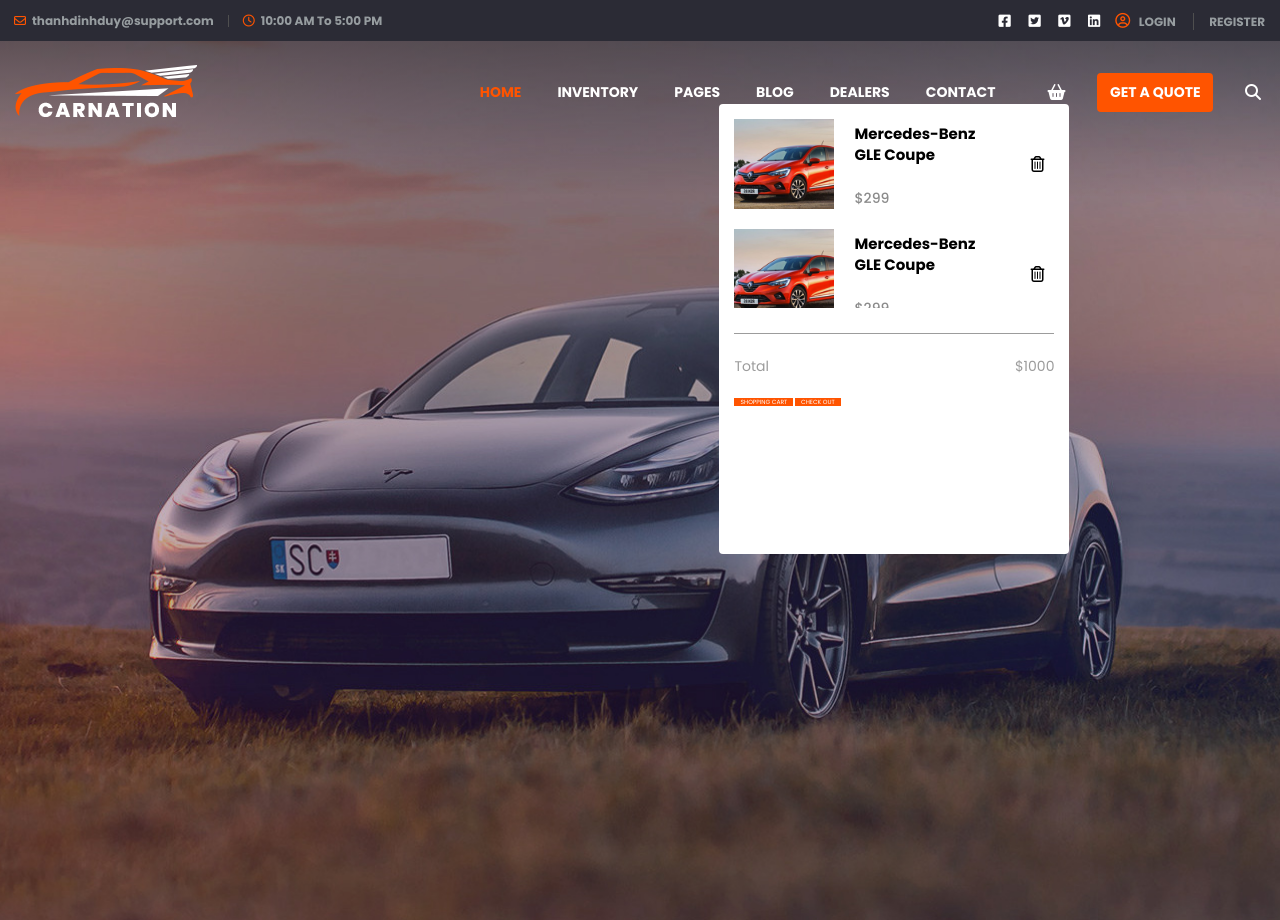
Repository: thanhdinh01/shopcar
Page: index.html
The author's editor kept a copy of each file at every save. The page is drawn from the files as they stood at one save, then again after the next save.
The browser window is 1280 px wide. The pictures show the whole page.
Some web libraries are served in a nearby version. The style sheet was rebuilt from its Sass, Less or Tailwind sources for each picture, by a compiler version that may differ from the author's.

Above is the page before, as saved 2022-08-10 21:08:35.

### index.html
<!DOCTYPE html>
<html lang="en">
  <head>
    <meta charset="UTF-8" />
    <meta http-equiv="X-UA-Compatible" content="IE=edge" />
    <meta name="viewport" content="width=device-width, initial-scale=1.0" />
    <title>Increase follower on social media</title>
    <link
      rel="stylesheet"
      href="https://cdnjs.cloudflare.com/ajax/libs/font-awesome/6.1.2/css/all.min.css"
      integrity="sha512-1sCRPdkRXhBV2PBLUdRb4tMg1w2YPf37qatUFeS7zlBy7jJI8Lf4VHwWfZZfpXtYSLy85pkm9GaYVYMfw5BC1A=="
      crossorigin="anonymous"
      referrerpolicy="no-referrer"
    />
    <link
      href="https://fonts.googleapis.com/css2?family=Poppins:wght@300;400;500;600;700&display=swap"
      rel="stylesheet"
    />
    <link rel="stylesheet" href="./css/reset.css" />
    <link rel="stylesheet" href="./css/style.css" />
  </head>

  <body>
    <div class="main">
      <!-- HEADER -->
      <header class="header">
        <div class="header-top">
          <div class="container">
            <div class="header-top-container dflex">
              <ul class="header-top-left">
                <li>
                  <i class="fa-regular fa-envelope"></i>
                  <p>thanhdinhduy@support.com</p>
                </li>
                <li>
                  <i class="fa-regular fa-clock"></i>
                  <p>10:00 AM To 5:00 PM</p>
                </li>
              </ul>
              <ul class="header-top-right">
                <li class="header-contact">
                  <a href="#"><i class="fa-brands fa-square-facebook"></i></a>
                  <a href="#"><i class="fa-brands fa-square-twitter"></i></a>
                  <a href="#"><i class="fa-brands fa-square-vimeo"></i></a>
                  <a href="#"><i class="fa-brands fa-linkedin"></i></a>
                </li>
                <li class="header-login">
                  <a href="#" class="login">
                    <i class="fa-regular fa-circle-user"></i> LOGIN
                  </a>
                  <a href="#" class="logup"> REGISTER </a>
                </li>
              </ul>
            </div>
          </div>
        </div>
        <div class="header-navigation">
          <div class="container p15 dflex">
            <div class="nav-logo">
              <a href="#" class="logo-link">
                <img src="./images/header/logo.png" alt="logo" />
              </a>
            </div>
            <div class="nav-total dflex">
              <ul class="nav-list dflex">
                <li class="nav-item active">
                  <a href="#">HOME</a>
                </li>
                <li class="nav-item">
                  <a href="#">INVENTORY </a>
                  <ul class="sub-list">
                    <li class="sub-item">
                      <a href="#">Inventory List</a>
                    </li>
                    <li class="sub-item">
                      <a href="#">Inventory Details</a>
                    </li>
                  </ul>
                </li>
                <li class="nav-item">
                  <a href="#">PAGES</a>
                  <ul class="sub-list">
                    <li class="sub-item">
                      <a href="#">About us</a>
                    </li>
                    <li class="sub-item">
                      <a href="#">Loan Calculator</a>
                    </li>
                    <li class="sub-item">
                      <a href="#">Login Page</a>
                    </li>
                  </ul>
                </li>
                <li class="nav-item">
                  <a href="#">BLOG</a>
                  <ul class="sub-list">
                    <li class="sub-item">
                      <a href="#">Our Blog</a>
                    </li>
                    <li class="sub-item">
                      <a href="#">Blog Details</a>
                    </li>
                  </ul>
                </li>
                <li class="nav-item">
                  <a href="#">DEALERS</a>
                </li>
                <li class="nav-item">
                  <a href="#">CONTACT</a>
                </li>
              </ul>
              <ul class="nav-interact dflex">
                <li class="cart">
                  <a href="#" class="cart-link">
                    <i class="fa-solid fa-basket-shopping"></i>
                  </a>
                  <div class="cart-wrap">
                    <div class="cart-top">
                      <div class="cart-item">
                        <a href="#" class="product-img">
                          <img
                            src="./images/latest-car/t_released_cars_thumb01.jpg"
                            alt=""
                          />
                        </a>
                        <div class="product-desc">
                          <a href="#" class="product-title"
                            >Mercedes-Benz GLE Coupe</a
                          >
                          <span class="product-price">$299</span>
                        </div>
                        <div class="delete-item">
                          <i class="fa-regular fa-trash-can"></i>
                        </div>
                      </div>
                      <div class="cart-item">
                        <a href="#" class="product-img">
                          <img
                            src="./images/latest-car/t_released_cars_thumb01.jpg"
                            alt=""
                          />
                        </a>
                        <div class="product-desc">
                          <a href="#" class="product-title">
                            Mercedes-Benz GLE Coupe
                          </a>
                          <span class="product-price">$299</span>
                        </div>
                        <div class="delete-item">
                          <i class="fa-regular fa-trash-can"></i>
                        </div>
                      </div>
                      <div class="cart-item">
                        <a href="#" class="product-img">
                          <img
                            src="./images/latest-car/t_released_cars_thumb01.jpg"
                            alt=""
                          />
                        </a>
                        <div class="product-desc">
                          <a href="#" class="product-title"
                            >Mercedes-Benz GLE Coupe Benz GLE Coupe</a
                          >
                          <span class="product-price">$299</span>
                        </div>
                        <div class="delete-item">
                          <i class="fa-regular fa-trash-can"></i>
                        </div>
                      </div>
                      <div class="cart-item">
                        <a href="#" class="product-img">
                          <img
                            src="./images/latest-car/t_released_cars_thumb01.jpg"
                            alt=""
                          />
                        </a>
                        <div class="product-desc">
                          <a href="#" class="product-title"
                            >Mercedes-Benz GLE Coupe</a
                          >
                          <span class="product-price">$299</span>
                        </div>
                        <div class="delete-item">
                          <i class="fa-regular fa-trash-can"></i>
                        </div>
                      </div>
                    </div>
                    <div class="cart-bottom">
                      <div class="cart-bottom-price">
                        <p>Total</p>
                        <span>$1000</span>
                      </div>
                      <div class="cart-bottom-buying">
                        <button class="button buy-now">SHOPPING CART</button>
                        <button class="button check-out">CHECK OUT</button>
                      </div>
                    </div>
                  </div>
                </li>
                <li class="quote">
                  <button class="button">GET A QUOTE</button>
                </li>
                <li class="search">
                  <i class="fa-solid fa-magnifying-glass"></i>
                </li>
              </ul>
            </div>
          </div>
        </div>
        <div class="header-main"></div>
        <div class="header-selection"></div>
      </header>
    </div>
  </body>
</html>

### css/style.scss
@import "reset";
@import "variables";
@import "global";
@import "header";

### css/_variables.scss
$primaryColor: #ff5400;
$blackColor: #000;
$whiteColor: #fff;
$textColor: #9c9c9c;

### css/_global.scss
body,
*,
html {
    font-family: 'Poppins', sans-serif;
    font-size: 62.5%;
    box-sizing: border-box;
}

.container {
    max-width: 1440px;
    margin: 0 auto;
}

.dflex {
    display: flex;
    justify-content: space-between;
    align-items: center;
}

.button {
    outline: none;
    border: none;
    color: $whiteColor;
    background-color: $primaryColor;
    line-height: 1;
}

.p15 {
    padding: 0 15px;
}

### css/_header.scss
.header {
  background: url("../images/header/banner_bg02.jpg") center/ cover no-repeat;
  height: 920px;
  .header-top {
    max-width: 100%;
    height: 41px;
    background-color: #2b2b35;
    color: #979da0;
    font-size: 1.2rem;
    font-weight: 700;
    &-container,
    .container {
      height: 100%;
    }
    &-left {
      display: flex;
      li:first-child {
        border-right: 1px solid #4f4f4f;
      }
      li {
        display: flex;
        align-items: center;
        padding: 0 14px;
        i {
          color: $primaryColor;
          margin-right: 6px;
        }
      }
    }
    &-right {
      display: flex;
      align-items: center;
      .header-contact {
        a {
          color: $whiteColor;
          margin-left: 15px;
          font-size: 1.4rem;
          text-decoration: none;
          i {
            display: inline-block;
          }
          &:hover {
            color: $primaryColor;
          }
        }
      }
      .header-login {
        a {
          text-decoration: none;
          color: #979da0;
          padding: 0 15px;
          font-size: 12px;
          &:first-child {
            padding-right: 15px;
            border-right: 1px solid #4f4f4f;
            i {
              color: $primaryColor;
              margin-right: 6px;
              font-size: 1.5rem;
            }
          }
          &:hover {
            color: $primaryColor;
          }
        }
      }
    }
  }
  .header-navigation {
    padding-top: 24px;
    position: relative;
    &::after {
      content: "";
      position: absolute;
      left: 0;
      top: 0;
      width: 100%;
      height: 156px;
      background: linear-gradient(to bottom, #151515, transparent);
      opacity: 0.47;
    }
    .nav-logo,
    .nav-total {
      z-index: 1;
    }
    .nav-list {
      margin-right: 30px;
      .nav-item.active {
        a {
          color: $primaryColor;
        }
      }
      .nav-item {
        position: relative;
        a {
          padding: 20px 18px;
          display: inline-block;
          text-decoration: none;
          font-size: 14px;
          font-weight: 700;
          color: $whiteColor;
          &:hover {
            color: $primaryColor;
          }
        }
        &:hover .sub-list {
          opacity: 1;
          visibility: visible;
          transform: scale(1);
        }
        .sub-list {
          position: absolute;
          top: 100%;
          left: 0;
          width: 200px;
          padding: 15px 0;
          background-color: $whiteColor;
          box-shadow: 0px 30px 70px 0px rgb(137 139 142 / 15%);
          transform: scale(1, 0);
          transform-origin: 0 0;
          opacity: 0;
          visibility: hidden;
          transition: all 0.3s ease-in-out;
          .sub-item a {
            color: $blackColor;
            display: block;
            padding: 16px 18px;
            &:hover {
              color: $primaryColor;
            }
          }
        }
      }
    }
    .nav-interact {
      gap: 0 28px;
      .cart {
        position: relative;
        .cart-link {
          display: block;
          padding: 4px;
          i {
            font-size: 1.6rem;
            color: $whiteColor;
          }
        }
        .cart-wrap {
          position: absolute;
          right: 0;
          top: 100%;
          height: 450px;
          width: 350px;
          padding: 15px;
          display: flex;
          flex-direction: column;
          justify-content: space-between;
          background-color: $whiteColor;
          border-radius: 4px;
          .cart-top {
            max-height: 45%;
            width: 100%;
            overflow: auto;
            .cart-item {
              display: flex;
              // align-items: center;
              gap: 0 20px;
              margin-bottom: 20px;
              .product-img {
                width: 100px;
                height: 90px;
                display: block;
                flex-shrink: 0;
                img {
                  width: 100%;
                  height: 100%;
                  object-fit: cover;
                  display: block;
                }
              }
              .product-desc {
                display: flex;
                flex-direction: column;
                margin: 4px 0;
                .product-title {
                  display: block;
                  font-size: 1.5rem;
                  font-weight: 700;
                  text-decoration: none;
                  color: $blackColor;
                  line-height: 1.4;
                  &:hover {
                    color: $primaryColor;
                  }
                }
                .product-price {
                  display: block;
                  color: #8b8b8b;
                  font-size: 1.4rem;
                  font-weight: 500;
                  margin-top: auto;
                }
              }
              .delete-item {
                display: flex;
                align-items: center;
              }
              i {
                font-size: 1.6rem;
                padding: 0 10px;
                cursor: pointer;
                &:hover {
                  color: $primaryColor;
                }
              }
            }
          }
          .cart-bottom {
            margin-top: 25px;
            flex: 1;
            border-top: 1px solid $textColor;
            &-price {
              font-size: 1.4rem;
              color: $textColor;
              display: flex;
              justify-content: space-between;
              margin: 25px 0;
            }
          }
        }
      }
      .quote {
        button {
          color: $whiteColor;
          font-size: 1.4rem;
          font-weight: 700;
          padding: 12.5px;
          border-radius: 4px;
          min-width: 44px;
          cursor: pointer;
          transition: all 0.3s ease;
          &:hover {
            background-color: $blackColor;
          }
        }
      }
      .search {
        i {
          display: block;
          font-size: 1.6rem;
          padding: 4px;
          color: $whiteColor;
          cursor: pointer;
        }
      }
    }
  }
}

Loaded but not shown: css/reset.css (common file); css/_reset.scss (common file)

After the next save:
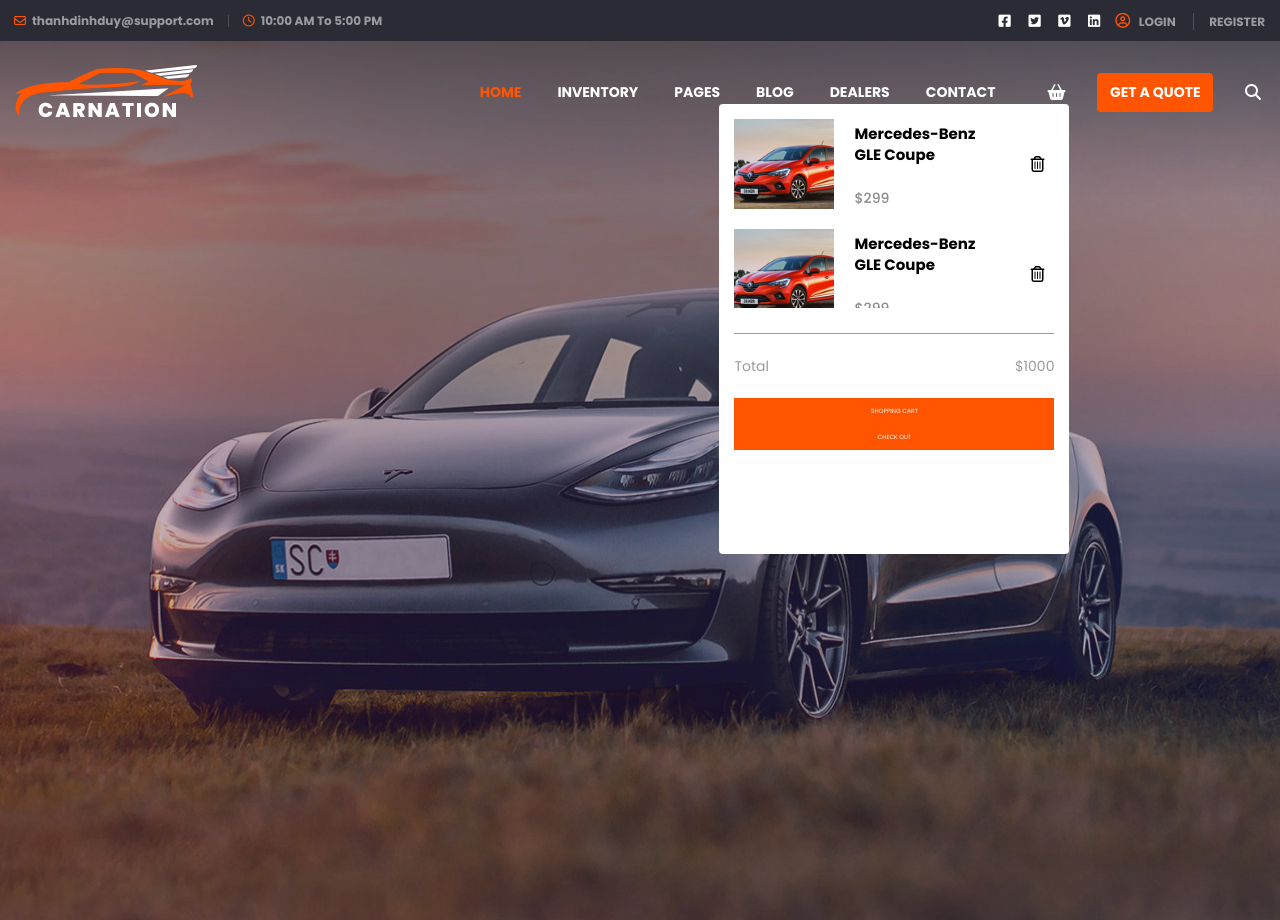
Saved 113 s later.
--- a/css/_header.scss
+++ b/css/_header.scss
@@ -225,6 +225,14 @@
               justify-content: space-between;
               margin: 25px 0;
             }
+            &-buying {
+              display: flex;
+              flex-direction: column;
+              .button {
+                display: block;
+                padding: 10px;
+              }
+            }
           }
         }
       }
